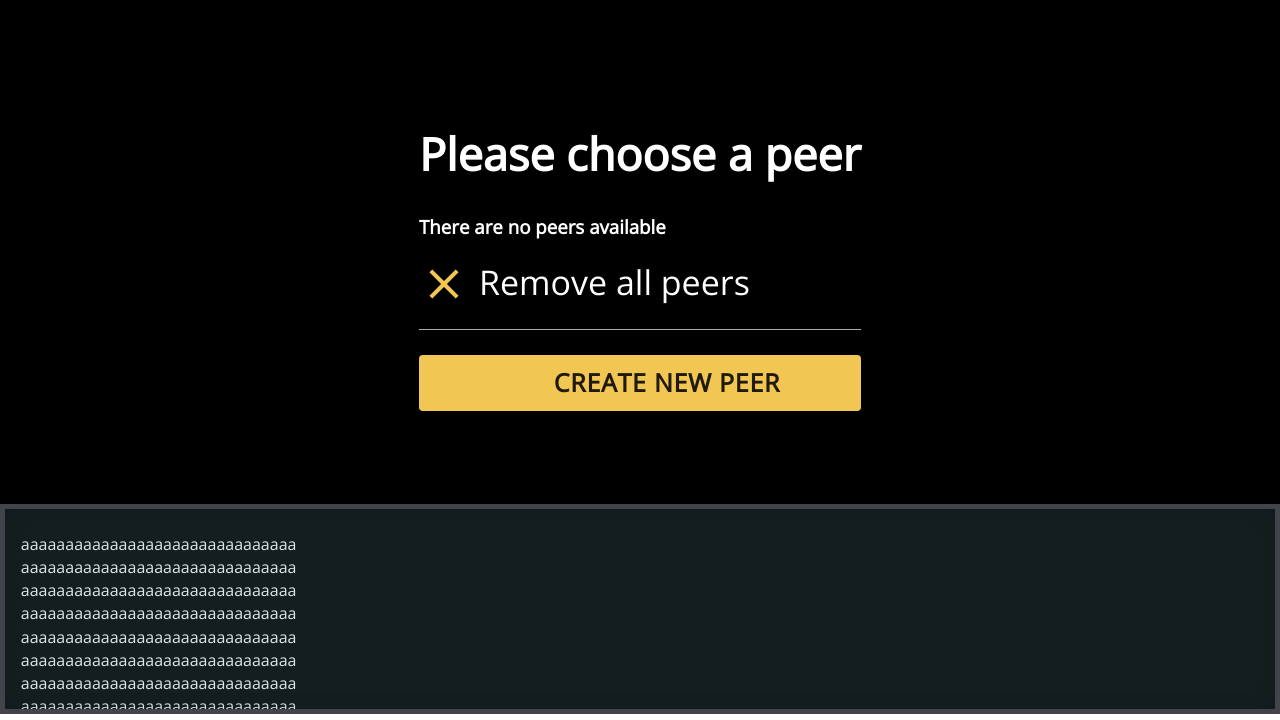
Repository: Bachdz/ASAP-Gui-Frontend
Page: /login
These files come from the project's save history. The page is drawn as it stood at one moment and after the next save; the edit follows.
The browser window is 1280 px wide. The pictures show the whole page.
The page's requests for data from a server got no answer. The project was rebuilt for these pictures with package versions that can differ from the ones it lists, and the page was loaded fresh each time. No one was signed in, and anything a server would have sent is missing. Also part of the build but not shown: src/css/loginscreen/Peer.css, src/components/fragments/Footer.js, src/components/mainscreen/subcomponents/Apps.js, src/css/mainscreen/Main.css, src/components/mainscreen/Main.js.

Above is the page before, as saved 2020-12-16 19:46:48.

After the next save:
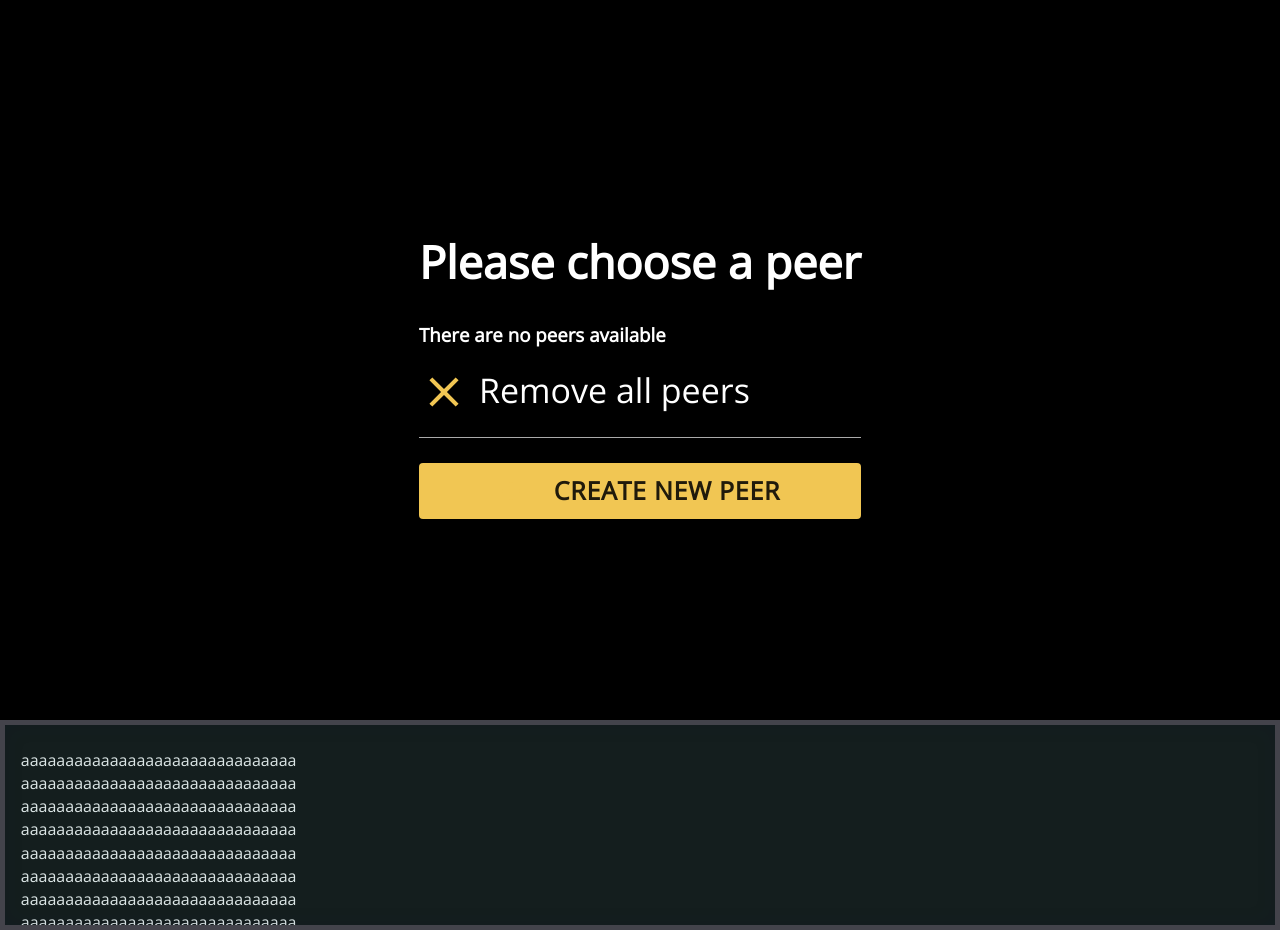
Saved 60 s later.
--- a/src/App.css
+++ b/src/App.css
@@ -21,7 +21,7 @@ body {
   flex-direction: column;
   background-color: #000000;
   color: #ffffff;
-  height: 70%;
+  height: 100vh;
   margin:0;
 }
 

After the save that followed:
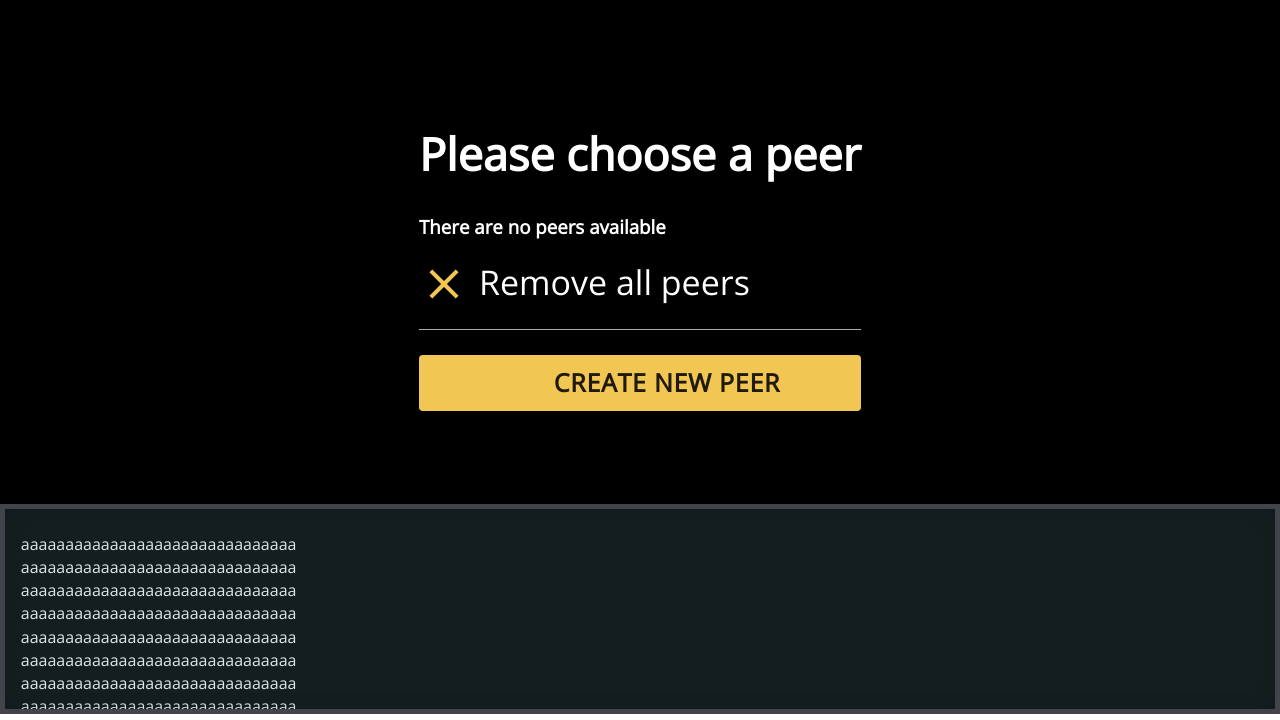
Saved 48 s later.
--- a/src/components/loginscreen/Login.js
+++ b/src/components/loginscreen/Login.js
@@ -67,7 +67,7 @@ class Login extends Component {
         return (
             <div>
 
-                <div className="container">
+                <div className="background-container">
                     <div className="content">
                         <div className="login-container">
                             <Snackbar anchorOrigin={{ vertical: 'top', horizontal: 'center' }} open={alertopen} autoHideDuration={2000} onClose={this.handleClose}>
